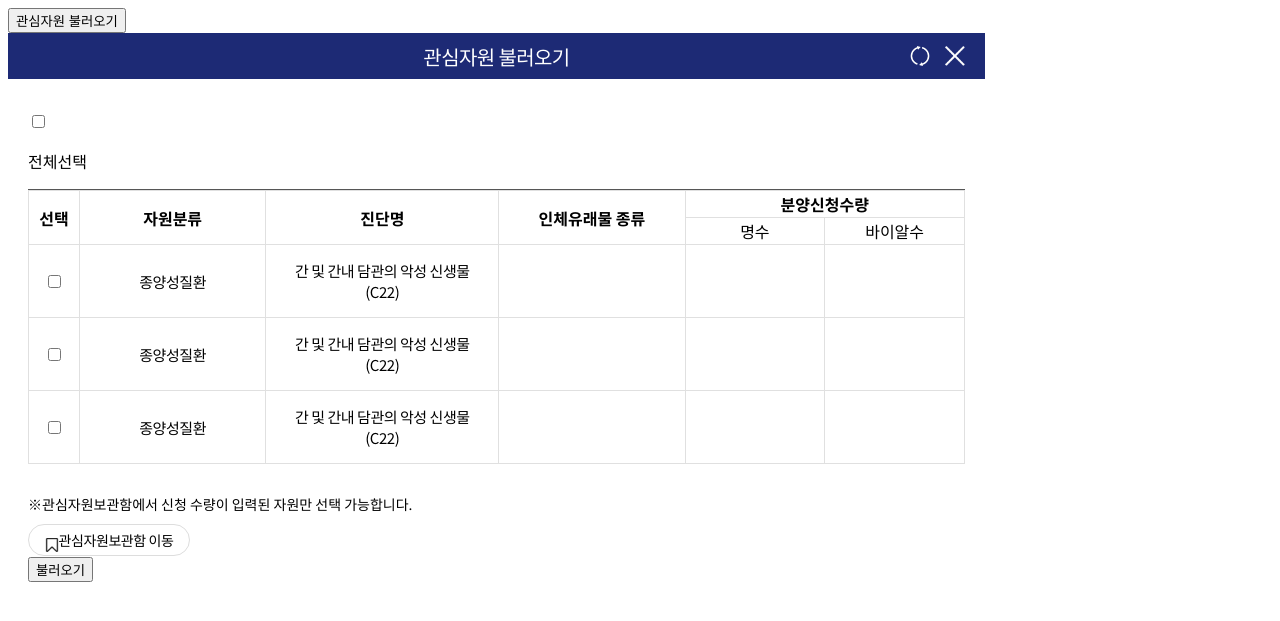
Repository: dlgywls1130/one_popup
Page: index.html
An editor plug-in stored every save of this project. The page is shown before and after the next save, followed by the edit.
The browser window is 1280 px wide. The pictures show the whole page.
Some web fonts or font styles are not loaded; a fallback is used.

Above is the page before, as saved 2023-10-25 22:19:40.

### index.html
<!DOCTYPE html>
<html lang="en">
<head>
    <meta charset="UTF-8">
    <meta name="viewport" content="width=device-width, initial-scale=1.0">
    <title>관심자원</title>

    <link rel="stylesheet" href="./style.css">

</head>
<body>
    <button type="button">관심자원 불러오기</button>

    <div class="modal_new">
        <div class="modal_head">
            <div class="modal_title">관심자원 불러오기</div>
            <div class="modal_right">
                <div class="refresh">
                    <img src="./img/reload.png">
                </div>
                <div class="close">
                    <img src="./img/close.png">
                </div>
            </div>
        </div>
        <div class="modal_body">
            <div class="all_check">
                <label>
                    <input type="checkbox">
                    <p>전체선택</p>
                </label>
            </div>

            <div class="body_all_list">
                <table class="list_table_wrap">
                    <tr class="table_head">
                        <th rowspan='2'>선택</th>
                        <th rowspan='2'>자원분류</th>
                        <th rowspan='2'>진단명</th>
                        <th rowspan='2'>인체유래물 종류</th>
                        <th colspan='2'>분양신청수량</th>
                    </tr>
                    <tr class="table_head">
                        <td class="column_sum">명수</td>
                        <td class="column_sum">바이알수</td>
                    </tr>
                    <tr class="table_body_content">
                        <td><input type="checkbox" name="choice"></td>
                        <td>종양성질환</td>
                        <td>간 및 간내 담관의 악성 신생물(C22)</td>
                        <td></td>
                        <td></td>
                        <td></td>
                    </tr>
                    <tr  class="table_body_content">
                        <td><input type="checkbox" name="choice"></td>
                        <td>종양성질환</td>
                        <td>간 및 간내 담관의 악성 신생물(C22)</td>
                        <td></td>
                        <td></td>
                        <td></td>
                    </tr>
                    <tr  class="table_body_content">
                        <td><input type="checkbox" name="choice"></td>
                        <td>종양성질환</td>
                        <td>간 및 간내 담관의 악성 신생물(C22)</td>
                        <td></td>
                        <td></td>
                        <td></td>
                    </tr>
                </table>
            </div>


            <p class="span_bottom">※관심자원보관함에서 신청 수량이 입력된 자원만 선택 가능합니다.</p>
            <div class="bookmark_link">
                <div class="bookmark_img"><img src="./img/bookmark.png"></div>
                <p>관심자원보관함 이동</p>
            </div>

            <div class="button_import">
                <button type="button">불러오기</button>
            </div>
        </div>
    </div>
</body>
</html>

### style.css


@import url('https://fonts.googleapis.com/css2?family=Noto+Sans+KR:wght@300;400;500;600;700&display=swap');

@import url('https://cdn.jsdelivr.net/gh/orioncactus/pretendard/dist/web/static/pretendard.css');




  .modal_new{
    font-family: 'Noto Sans KR', sans-serif;
  }

.modal_head{
    width: 100%;
    height: 46px;
    display: flex;
    align-items: center;
    justify-content: center;
    background-color: #1D2A75;
    position: relative;
}

.modal_title{
    font-size: 20px;
    letter-spacing: -0.03em;
    color: #fff;
    font-weight: 500;
}

.modal_right{
    position: absolute;
    top: 50%;
    right: 20px;
    transform: translate(0,-50%);
    display: flex;
    align-items: center;
}

.modal_right .refresh{
    margin-right: 15px;
}
.modal_right .refresh,
.modal_right .close{
    width: 20px;
    height: 20px;
}

.modal_right .refresh img,
.modal_right .close img{
    width: 100%;
    height: 100%;
}

.body_all_list{
    border-top: 1px solid #565656;
}

.list_table_wrap,
.list_table_wrap th,
.list_table_wrap td{
    border: 1px solid #E0E0E0;
    border-collapse: collapse;
}

.list_table_wrap tr th:nth-child(1),
.list_table_wrap tr td:nth-child(1){
    width: 5%;
}

.list_table_wrap tr th:nth-child(2),
.list_table_wrap tr td:nth-child(2){
    width: 20%;
}

.list_table_wrap tr th:nth-child(3),
.list_table_wrap tr td:nth-child(3){
    width: 25%;
}

.list_table_wrap tr th:nth-child(4),
.list_table_wrap tr td:nth-child(4){
    width: 20%;
}

.list_table_wrap tr th:nth-child(5),
.list_table_wrap tr td:nth-child(5){
    width: 15%;
}

.list_table_wrap tr th:nth-child(6),
.list_table_wrap tr td:nth-child(6){
    width: 15%;
}

.list_table_wrap .table_head{
    font-weight: 500;
    font-size: 16px;
    font-family: Pretendard,'Noto Sans KR', sans-serif;
    text-align: center;
}


.table_body_content td{
    font-weight: 400;
    font-size: 15px;
    letter-spacing: -0.03em;
    text-align: center;
    padding:15px;
    box-sizing: border-box;
}

.column_sum{

}

.bookmark_link{
    width: 160px;
    height: 30px;
    display: flex;
    align-items: center;
    border: 1px solid #DDDDDD;
    border-radius: 44px;
    justify-content: center;
}

.bookmark_link p{
    font-size: 14px;
    font-weight: 400;
    letter-spacing: -0.03em;
    margin: 0;
}

.bookmark_link .bookmark_img{
width: 14px;
height: 14px;
}

.bookmark_link .bookmark_img img{
    width: 100%;
    height: 100%;
    object-fit: contain;
}

.span_bottom{
    font-size: 14px;
    margin: 30px 0 10px;
}

.modal_new{
    width: 977px;
    height: 600px;
}

.modal_body{
    padding: 30px 20px 50px;
    box-sizing: border-box;
}

After the next save:
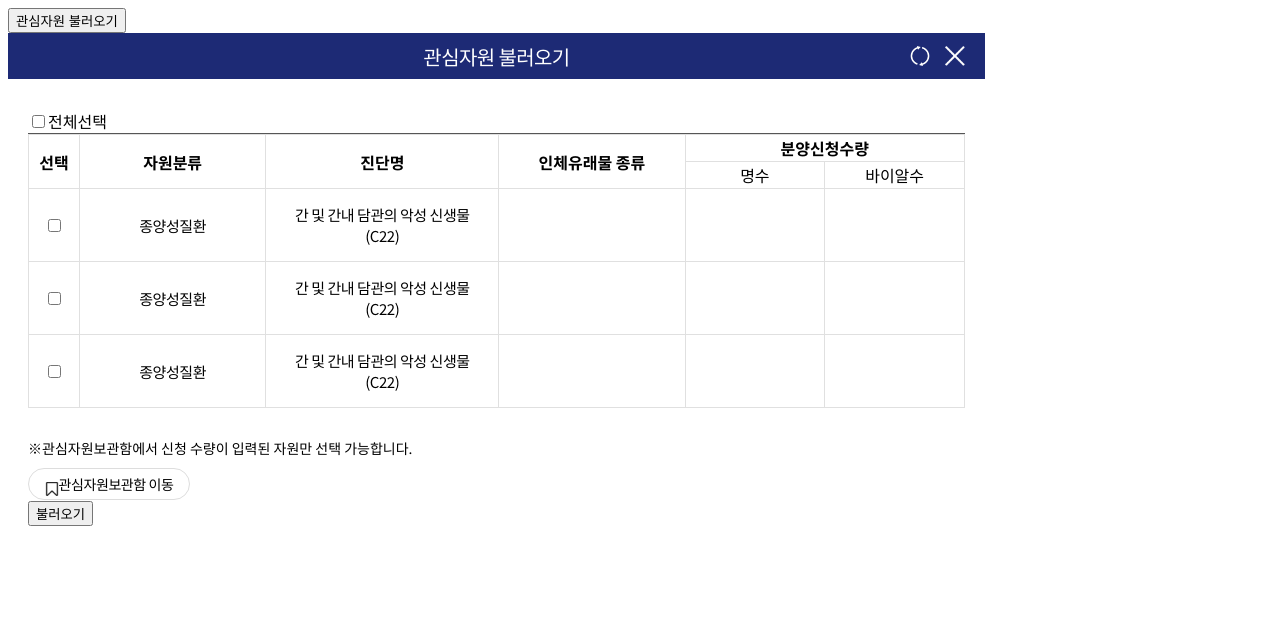
Saved 45 s later.
--- a/style.css
+++ b/style.css
@@ -156,3 +156,6 @@ height: 14px;
     padding: 30px 20px 50px;
     box-sizing: border-box;
 }
+
+.all_check label{display: flex; align-items: center;}
+.all_check label p{margin: 0;}
